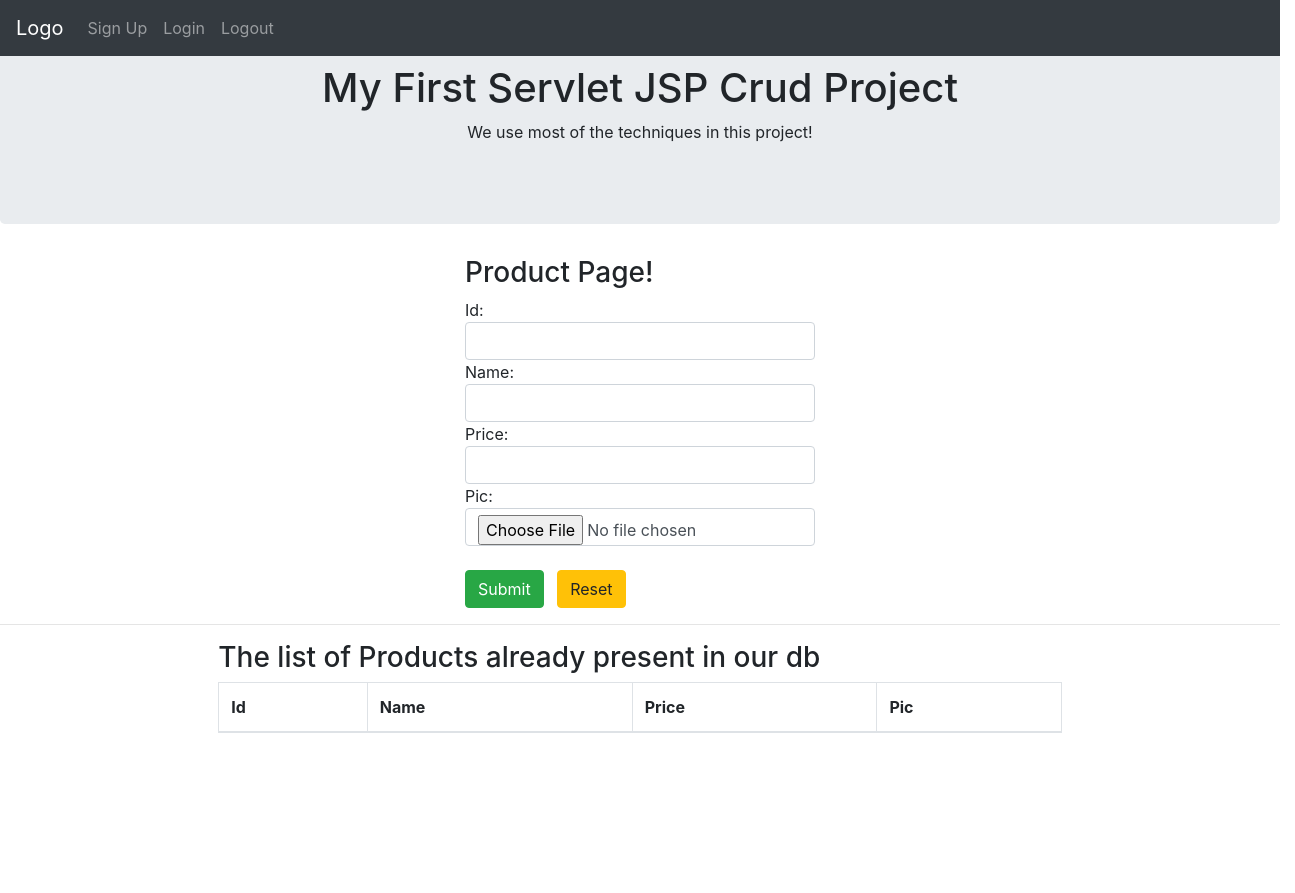
Repository: jagasia/sep-07
Page: http://localhost/sep-07-04/product.jsp
The author's editor kept a copy of each file at every save. The page is drawn from the files as they stood at one save, then again after the next save.
The browser window is 1280 px wide. The page is 1295 px wide, so the pictures cover 1295 px, including what lies to the right of the window. The pictures show the whole page.
The page is served by Tomcat 9. Other server files are loaded and not shown.

Above is the page before, as saved 2022-09-09 04:13:20.

### sep-07-04/WebContent/product.jsp
<%@ page language="java" contentType="text/html; charset=ISO-8859-1"
    pageEncoding="ISO-8859-1"%>
<!DOCTYPE html>
<html>
<head>
<meta charset="ISO-8859-1">
<title>Insert title here</title>
  <link rel="stylesheet" href="https://cdn.jsdelivr.net/npm/bootstrap@4.6.1/dist/css/bootstrap.min.css">
  <script src="https://cdn.jsdelivr.net/npm/jquery@3.6.0/dist/jquery.slim.min.js"></script>
  <script src="https://cdn.jsdelivr.net/npm/popper.js@1.16.1/dist/umd/popper.min.js"></script>
  <script src="https://cdn.jsdelivr.net/npm/bootstrap@4.6.1/dist/js/bootstrap.bundle.min.js"></script>
</head>
<body>
<jsp:include page="menu.jsp"></jsp:include>
<div class="jumbotron text-center">
  <h1>My First Servlet JSP Crud Project</h1>
  <p>We use most of the techniques in this project!</p>
</div>

<div class="container">
  <div class="row">
    <div class="col-sm-4">
      <h3></h3>

    </div>
    <div class="col-sm-4">
      <h3>Product Page!</h3>
      <form method="POST" action="ps" enctype="multipart/form-data">
      	Id: <input type="number" name="id" class="form-control" />
      	Name: <input type="text" name="name" class="form-control" />
      	Price: <input type="number" name="price" class="form-control" />
      	Pic: <input type="file" name="pic" class="form-control" />
      	<br/>
      	<input type="submit" class="btn btn-success" />
      	&nbsp;
      	<input type="reset" class="btn btn-warning" />
      </form>
    </div>
    <div class="col-sm-4">
      <h3></h3>

    </div>
  </div>
</div>
<hr/>
 <div class="row">
    <div class="col-sm-2">
      <h3></h3>

    </div>
    <div class="col-sm-8">
      <h3>The list of Products already present in our db</h3>
      <table class="table table-bordered table-striped table-hover">
      	<thead>
      		<tr>
      			<th>Id</th><th>Name</th><th>Price</th><th>Pic</th>
      		</tr>
      	</thead>
      </table>
    </div>
    <div class="col-sm-2">
      <h3></h3>

    </div>
 </div>
<br/>
<br/>
<br/>
<br/>
<br/>
<br/>

</body>
</html>

### sep-07-04/WebContent/menu.jsp
<nav class="navbar navbar-expand-sm bg-dark navbar-dark fixed-top">
  <a class="navbar-brand" href="#">Logo</a>
  <ul class="navbar-nav">
    <li class="nav-item">
      <a class="nav-link" href="signup.jsp">Sign Up</a>
    </li>
    <li class="nav-item">
      <a class="nav-link" href="login.jsp">Login</a>
    </li>
    <li class="nav-item">
      <a class="nav-link" href="logout">Logout</a>
    </li>
  </ul>
</nav>

After the next save:
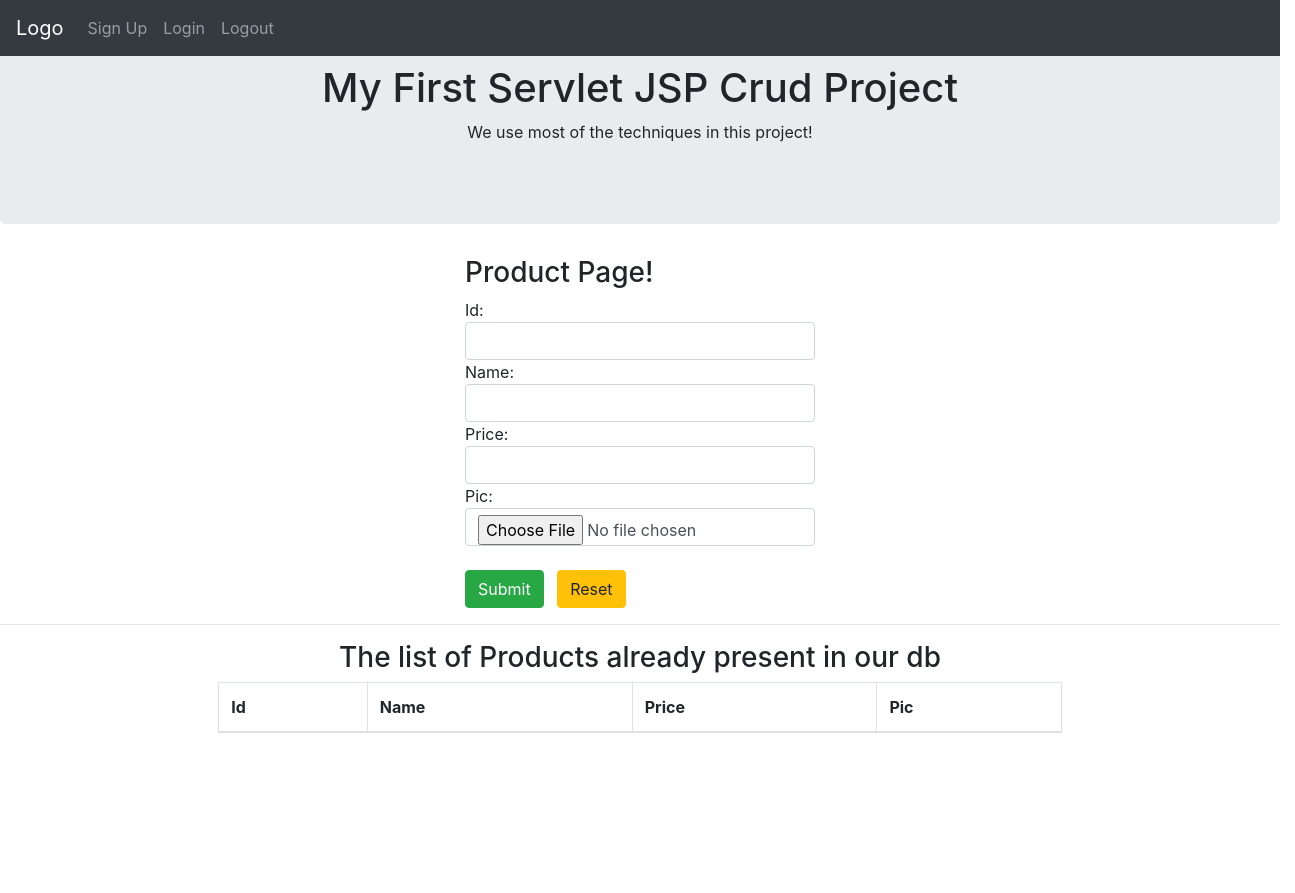
Saved 13 s later.
--- a/sep-07-04/WebContent/product.jsp
+++ b/sep-07-04/WebContent/product.jsp
@@ -49,7 +49,7 @@
 
     </div>
     <div class="col-sm-8">
-      <h3>The list of Products already present in our db</h3>
+      <h3 class="text-center">The list of Products already present in our db</h3>
       <table class="table table-bordered table-striped table-hover">
       	<thead>
       		<tr>
